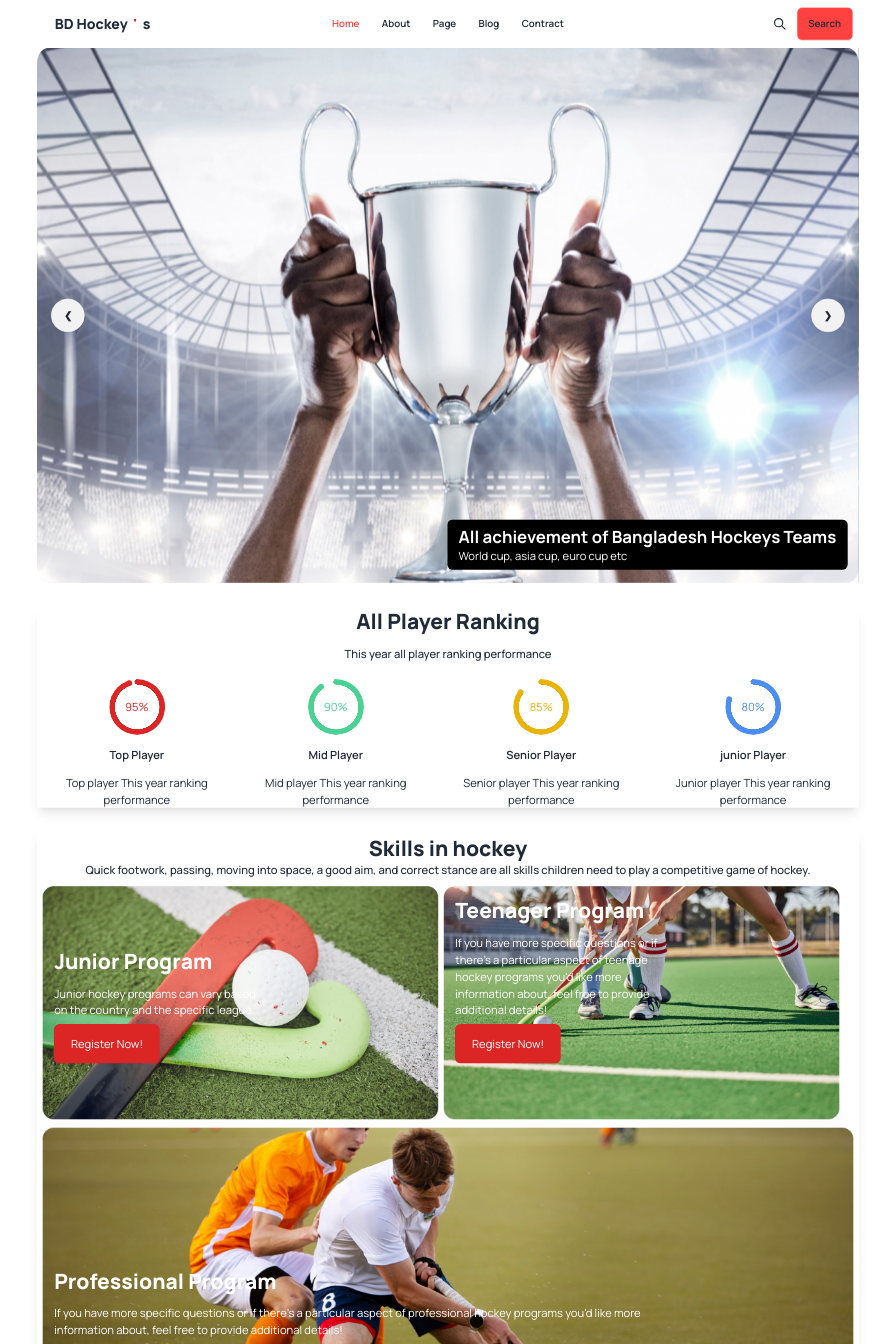
Repository: sumonkumarsarkar/bd-hockeys-team
Page: index.html
The author's editor kept a copy of each file at every save. The page is drawn from the files as they stood at one save, then again after the next save.
The browser window is 1280 px wide. The pictures show the part of the page from y = 0 to 1920 px (the page is 4520 px tall), at 70% of full size.
Some web libraries are served in a nearby version.

Above is the page before, as saved 2024-01-24 20:45:23.

After the next save:
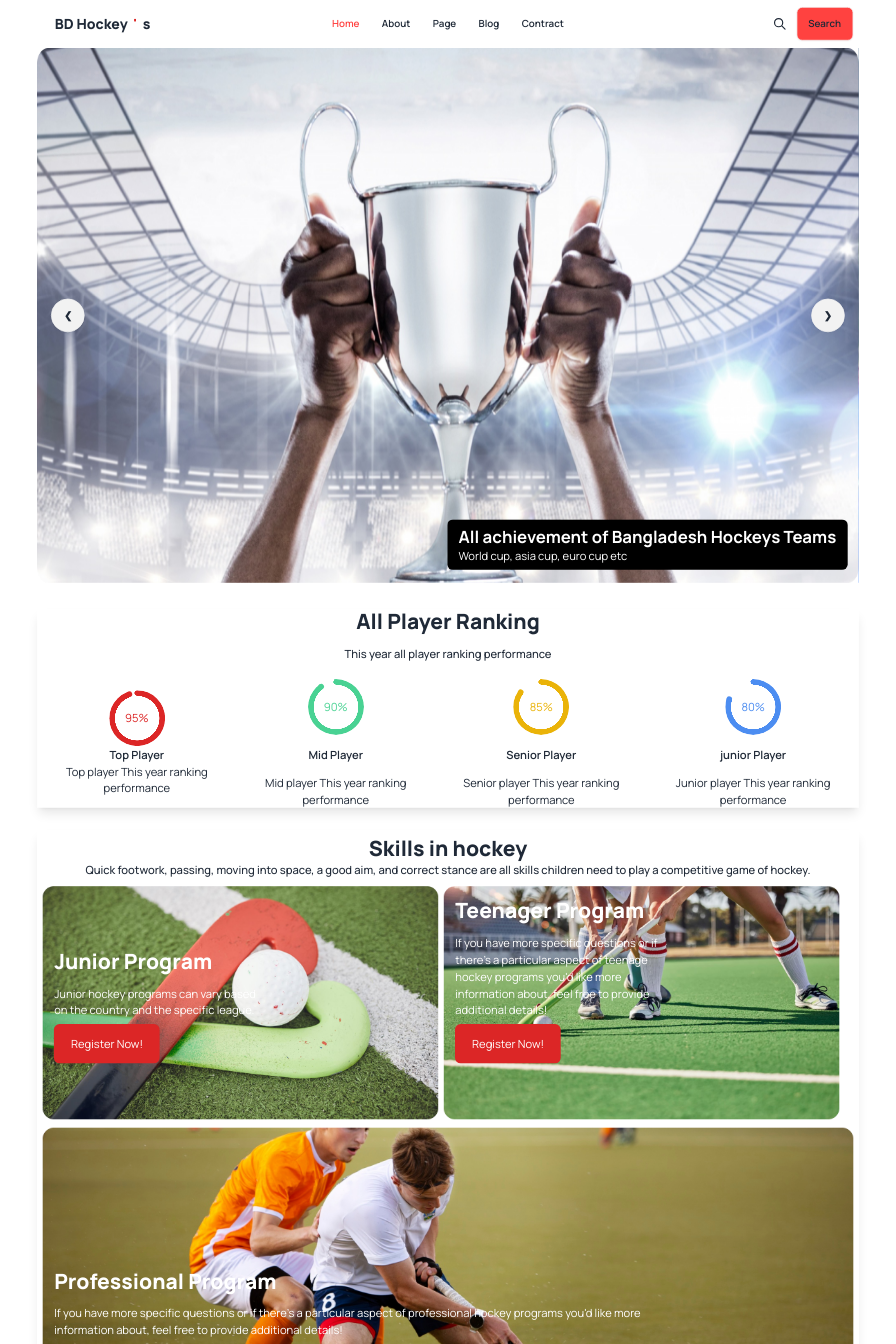
Saved 51 s later.
--- a/index.html
+++ b/index.html
@@ -115,13 +115,13 @@
 
        <div class="text-center space-y-4">
         <h2 class="font-extrabold text-3xl space-y-4">All Player Ranking</h2>
-        <p class="font-medium px-6">This year all player ranking performance</p>
+        <p class="font-medium">This year all player ranking performance</p>
        </div>
 
        <!-- card  -->
 
        <div class="flex flex-col lg:flex-row lg:justify-between bg-[#FFF]lg:p-6 ">
-        <div class="text-center space-y-4">
+        <div class="text-center py-4">
          <div class="radial-progress text-red-600" style="--value:95;" role="progressbar">95%</div>
          <h3 class="font-semibold space-y-4">Top Player</h3>
          <p>Top player This year ranking performance</p>
